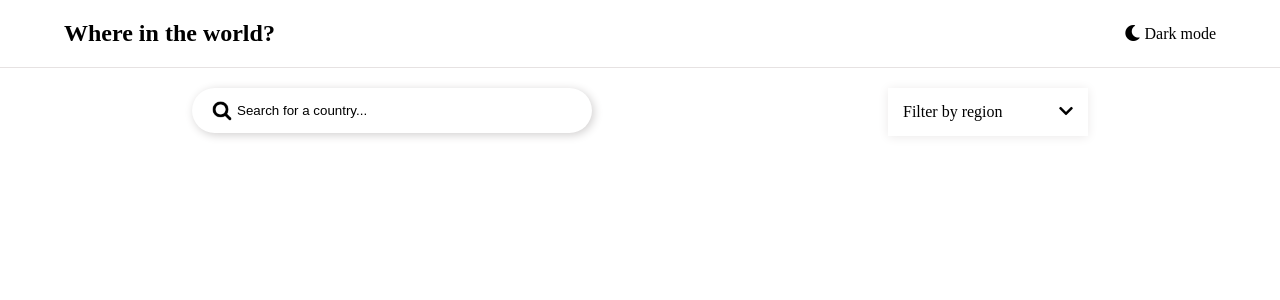
Repository: Eugene44-hub/countryProj
Page: index.html
An editor plug-in stored every save of this project. The page is shown before and after the next save, followed by the edit.
The browser window is 1280 px wide. The pictures show the whole page.
The page's requests for data from a server got no answer.

Above is the page before, as saved 2021-10-10 20:55:15.

### index.html
<!DOCTYPE html>
<html lang="en">

<head>
    <link rel="stylesheet" href="css/all.css">
    <link rel="stylesheet" href="style.css">
    <meta charset="UTF-8">
    <meta http-equiv="X-UA-Compatible" content="IE=edge">
    <meta name="viewport" content="width=device-width, initial-scale=1.0">
    <title>Document</title>
</head>
<div class="header-container">
    <header>
        <h2>Where in the world?</h2>
        <div class="mode"><i class="fas fa-moon"></i> Dark mode</div>
    </header>

</div>

<body>
    <div class="container">
        <div class="search-filter">
            <label for="search">
                     <input type="text" placeholder="Search for a country..." id="search">
            </label>



            <div class="select">
                <div class="default-text">Filter by region <i class="fas fa-chevron-down"></i>
                </div>
                <ul>
                    <li id="asia">Asia</li>
                    <li id='europe'>Europe</li>
                    <li id="africa">Africa</li>
                    <li id="oceania">Oceania</li>
                    <li id="america">America</li>
                </ul>
            </div>

        </div>
        <div class="country-container">

            <div class="countries">


            </div>
        </div>
    </div>

</body>

<script src="data.js"></script>
<script src="app.js"></script>
<script src="UI.js"></script>

</html>

### style.css
* {
    padding: 0;
    margin: 0;
    box-sizing: border-box;
}

.container {
    width: 70%;
    margin: auto;
}

.countries {
    display: flex;
    flex-wrap: wrap;
    justify-content: space-between;
    margin: auto;
}

img {
    width: 100%;
    height: 150px;
    border-bottom-left-radius: 0px;
    border-bottom-right-radius: 0px;
    border-top-right-radius: 5px;
    border-top-left-radius: 5px;
}

.country {
    width: 265px;
    margin: 20px 0;
    border-radius: 10px;
}

.about-country {
    padding: 0px 20px;
    line-height: 2;
    margin-bottom: 20px;
}

h3 {
    font-size: small
}

.country {
    box-shadow: 2px 4px 15px rgb(235, 235, 235), -2px 0px 15px rgb(235, 235, 235);
}

#name {
    font-weight: bold;
    line-height: 5;
    font-size: 16px
}

span {
    font-weight: bold;
}

#population,
#region,
#capital {
    font-size: 14px;
}

header {
    display: flex;
    justify-content: space-between;
    width: 90%;
    margin: 20px auto;
    align-items: center;
}

.header-container {
    border-bottom: 1px solid rgb(230, 226, 226);
}

input {
    padding: 15px;
    width: 300px;
    border-radius: 50px;
}

.search-filter {
    display: flex;
    flex-wrap: wrap;
    flex: 100%;
    justify-content: space-between;
    margin: 20px 0;
}

ul {
    list-style: none;
    position: absolute;
    background-color: white;
    box-shadow: 1px 4px 10px rgb(184, 178, 178);
    display: none;
    margin: 0 0;
    border-radius: 0 0px 5px 5px;
}

@keyframes margin {
    from {
        margin: 0;
        opacity: 0;
    }
    to {
        margin: 10px 0;
        opacity: 1;
    }
}

.select:hover ul {
    display: block;
    cursor: pointer;
    animation: margin .2s;
    margin: 1px 0;
}

li:hover {
    background-color: rgb(111, 111, 247);
    color: white;
    transition: all .5s;
}

.select {
    right: 0;
    background-color: white;
    box-shadow: 0px 1px 10px rgb(235, 233, 233);
}

label[for=filter] {
    position: relative;
}

li,
.default-text {
    padding: 15px;
    position: relative;
    cursor: pointer;
    width: 200px;
}

.fa-chevron-down {
    float: right;
}

::placeholder {
    color: black;
    padding-left: 30px;
}

#search {
    background-image: url('search\ icon.png');
    background-size: 20px;
    background-repeat: no-repeat;
    background-position-y: center;
    background-position-x: 20px;
    border: none;
    outline: none;
    box-shadow: 2px 2px 10px rgb(209, 207, 207);
    width: 400px;
}

#search:focus {
    background-image: none;
}

@media screen and (max-width:720px) {
    .countries {
        justify-content: center;
    }
    .select {
        margin: 15px 0;
    }
}


/*

#europe {
    line-height: 6;
}

#africa {
    line-height: 11;
}

#oceania {
    line-height: 16;
}

#america {
    line-height: 21;
} */


/* # Front-end Style Guide

## Layout

The designs were created to the following widths:

- Mobile: 375px
- Desktop: 1440px

## Colors

### Neutral

- Dark Blue (Dark Mode Elements): hsl(209, 23%, 22%)
- Very Dark Blue (Dark Mode Background): hsl(207, 26%, 17%)
- Very Dark Blue (Light Mode Text): hsl(200, 15%, 8%)
- Dark Gray (Light Mode Input): hsl(0, 0%, 52%)
- Very Light Gray (Light Mode Background): hsl(0, 0%, 98%)
- White (Dark Mode Text & Light Mode Elements): hsl(0, 0%, 100%)

## Typography

### Body Copy

- Homepage Items: 14px
- Detail Page: 16px

### Fonts

- Family: [Nunito Sans](https://fonts.google.com/specimen/Nunito+Sans)
- Weights: 300, 600, 800

## Icons

For the icons, you can use a font icon library. Don't worry if the icons that you choose don't look exactly like they do on the design.

Some suggestions can be found below:

- [Font Awesome](https://fontawesome.com)
- [IcoMoon](https://icomoon.io)
- [Ionicons](https://ionicons.com) */


/*
com) - [IcoMoon](https: //icomoon.io)
- [Ionicons](https: //ionicons.com) */

### data.js
const url = 'https://restcountries.com/v3.1/all';

class Country {
    getCountries = async function() {
        const response = await fetch(url);
        const data = await response.json();

        return {
            data
        }
    }
}

### app.js
const country = new Country;
const search = document.querySelector('#search');
country.getCountries()
    .then(data => {
        const ui = new UI(data.data)
        ui.display();
        console.log(data.data[1].name.common)

    })

search.addEventListener('input', e => {
    UI.searchDisplay(search)
    console.log(search)
})

### UI.js
class UI {
    constructor(country) {
        this.country = country;
    }

    display() {
        let countries = document.querySelector('.countries');
        let output = '';
        let zero = 0;
        for (let i = 0; i < this.country.length; i++) {


            if (this.country[i].capital === undefined) {
                output += `
              <div class="country">
              <div class="image">
             <img src=${this.country[i].flags.png}>
              </div>
              <div class="about-country">
              <p id=name>${this.country[i].name.common}</p>
              <p id="population">Population: ${this.country[i].population}</p>
                  <p id="region">Region: ${this.country[i].region}</p>
                  <p id="capital">Capital: No capital</p>
              </div>
          </div>`
            } else {
                output += `
              <div class="country">
              <div class="image">
             <img src=${this.country[i].flags.png}>
              </div>
              <div class="about-country">
              <p id=name>${this.country[i].name.common}</p>
                  <p id="population"><span>Population</span>: ${this.country[i].population}</p>

                  <p id="region"><span>Region</span>: ${this.country[i].region}</p>

                  <p id="capital"><span>Capital</span>: ${this.country[i].capital[0]}</p>
              </div>
          </div>`
            }
        }
        countries.innerHTML = output
    }
    static searchDisplay(input) {
        if (input.value !== '') {
            input.style.backgroundImage = 'none';
        } else {
            input.style.backgroundImage = `url('search\ icon.png')`;
        }
    }
}



/*  */

Loaded but not shown: css/all.css (library)

After the next save:
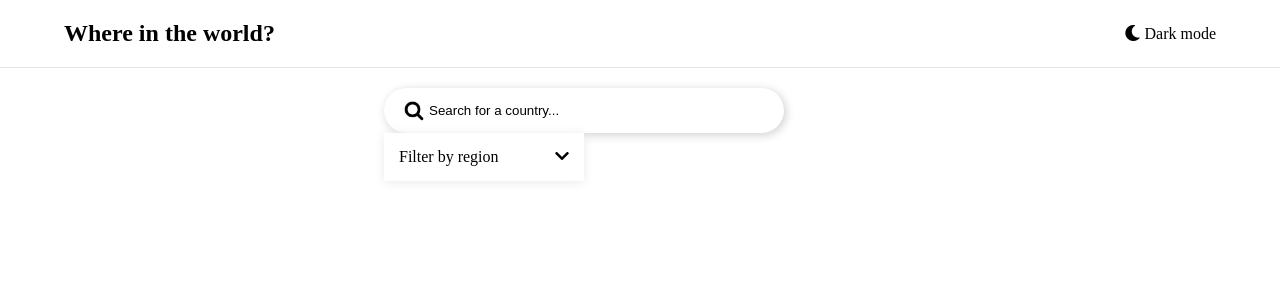
Saved 5 s later.
--- a/style.css
+++ b/style.css
@@ -5,7 +5,7 @@
 }
 
 .container {
-    width: 70%;
+    width: 40%;
     margin: auto;
 }
 
